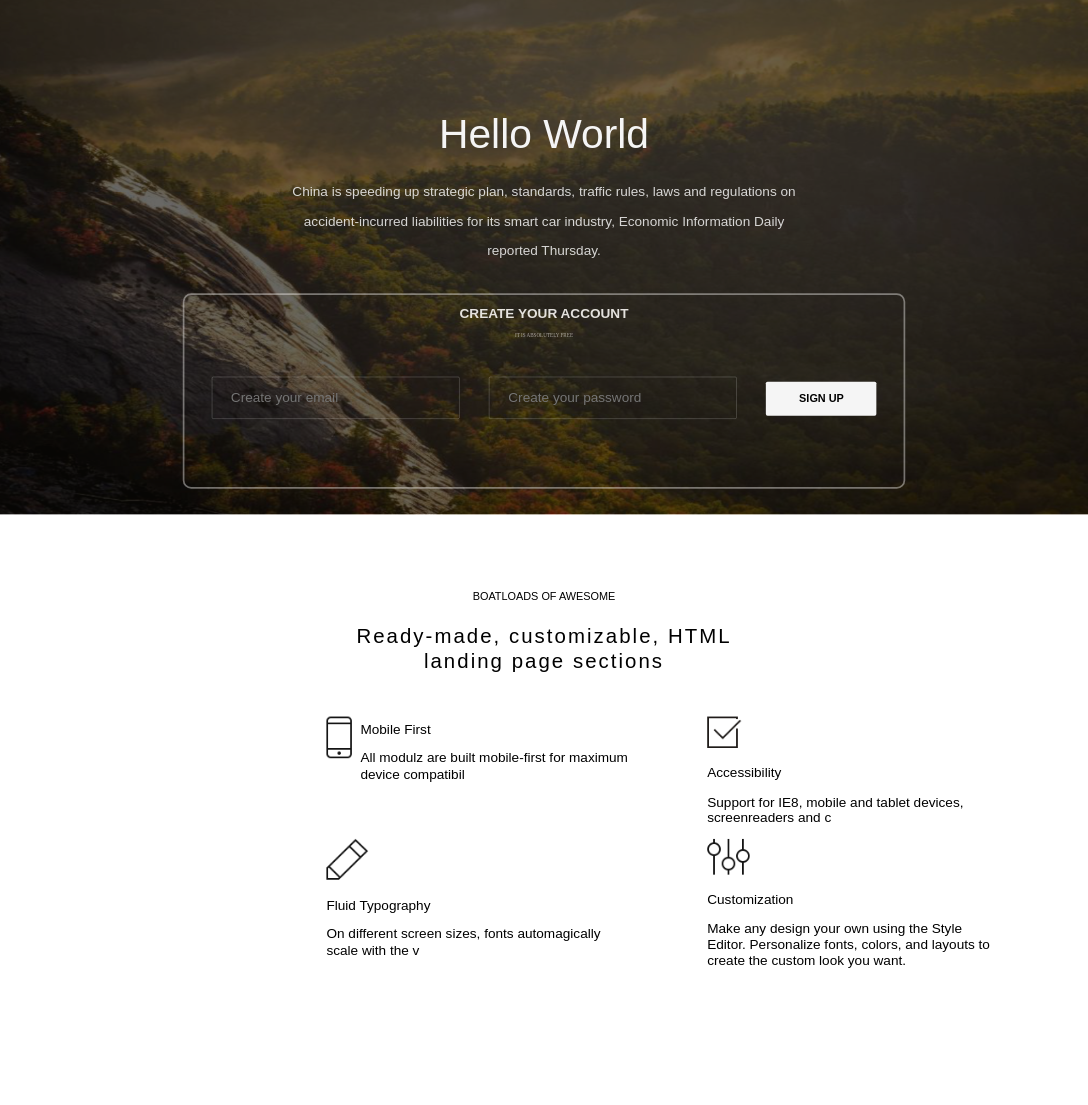
Repository: sogeisetsu/suy-ife
Page: 009-011/index.html
The author's editor kept a copy of each file at every save. The page is drawn from the files as they stood at one save, then again after the next save.
The browser window is 1280 px wide. The pictures show the whole page, at 85% of full size.

Above is the page before, as saved 2019-10-11 22:36:09.

After the next save:
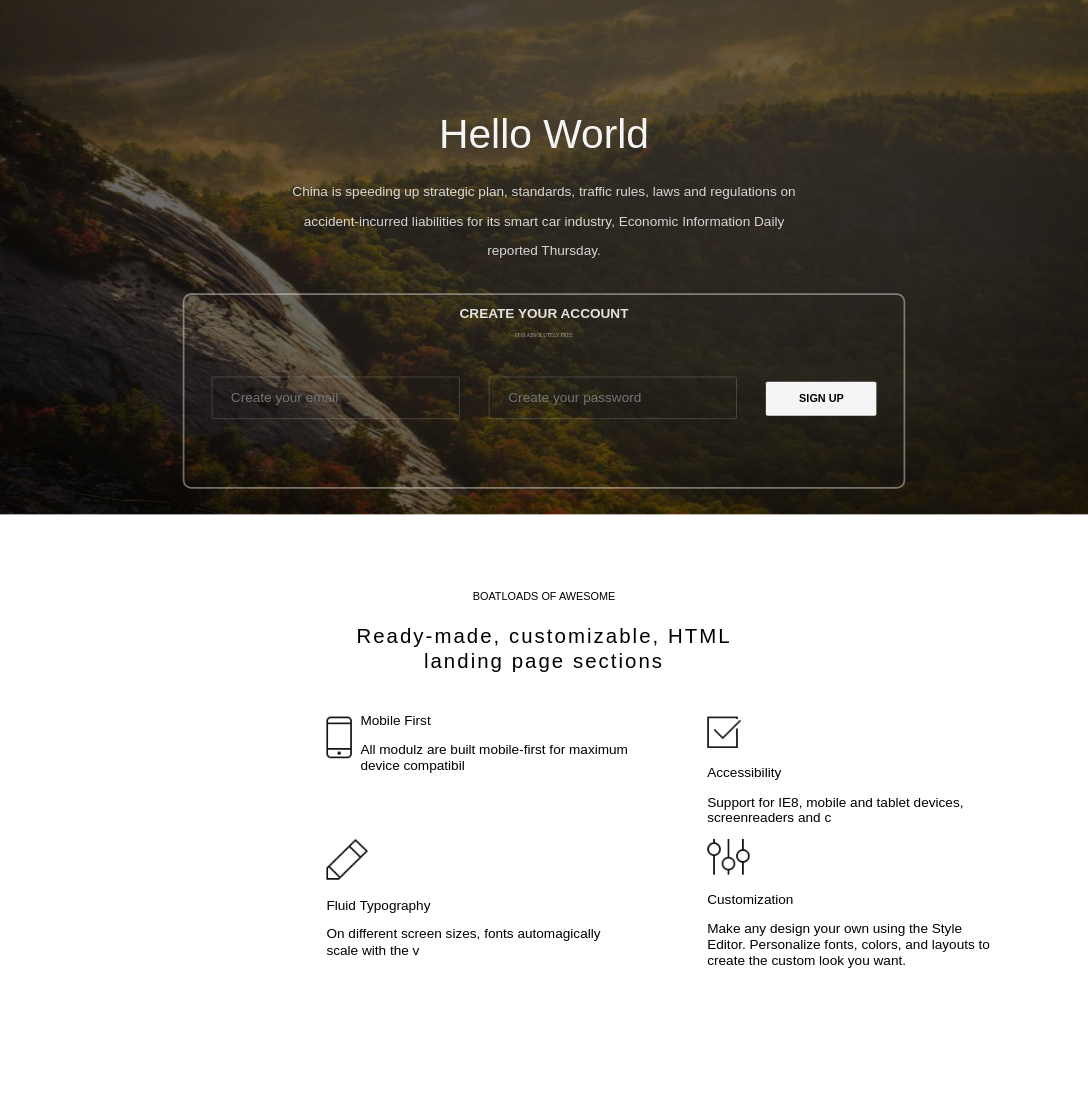
Saved 14 s later.
--- a/009-011/index.css
+++ b/009-011/index.css
@@ -137,6 +137,6 @@ input{
 .iphone .texto{
     position: relative;
     left: 10px;
-    bottom: 10px;
+    bottom: 20px;
     margin: 0;
 }
